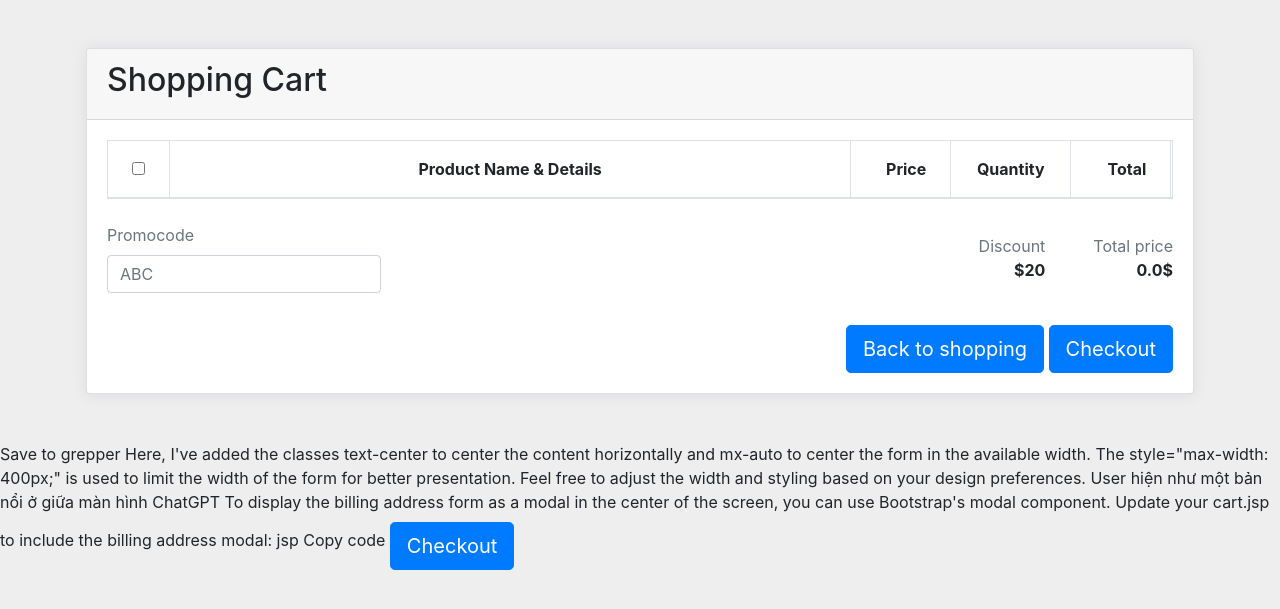
Repository: Szers222/MyProject
Page: http://localhost/MyProject/cart.jsp
These files come from the project's save history. The page is drawn as it stood at one moment and after the next save; the edit follows.
The browser window is 1280 px wide. The pictures show the whole page.
Some web libraries are served in a nearby version. The page is served by Tomcat 10. Other server files are loaded and not shown. The template is opened directly, without the code that normally fills it, so the values that code supplies are empty.

Above is the page before, as saved 2023-12-13 11:09:33.

### MyProject/src/main/webapp/cart.jsp
<%@page import="java.util.ArrayList"%>
<%@page import="core.Watch"%>
<%@ page language="java" contentType="text/html; charset=UTF-8"
	pageEncoding="UTF-8"%>
<%@taglib prefix="c" uri="http://java.sun.com/jsp/jstl/core"%>
<!DOCTYPE html>
<html>
<head>
<title>Shopping Cart</title>
<meta charset="utf-8">
<meta name="viewport" content="width=device-width, initial-scale=1">
<link rel="stylesheet"
	href="https://maxcdn.bootstrapcdn.com/bootstrap/4.0.0/css/bootstrap.min.css">
<link href="https://fonts.googleapis.com/css?family=Montserrat"
	rel="stylesheet">

<style type="text/css">
.shopping-cart {
	padding-bottom: 50px;
	font-family: 'Montserrat', sans-serif;
}

.shopping-cart.dark {
	background-color: #f6f6f6;
}

.shopping-cart .content {
	box-shadow: 0px 2px 10px rgba(0, 0, 0, 0.075);
	background-color: white;
}

.shopping-cart .block-heading {
	padding-top: 50px;
	margin-bottom: 40px;
	text-align: center;
}

.shopping-cart .block-heading p {
	text-align: center;
	max-width: 420px;
	margin: auto;
	opacity: 0.7;
}

.shopping-cart .dark .block-heading p {
	opacity: 0.8;
}

.shopping-cart .block-heading h1, .shopping-cart .block-heading h2,
	.shopping-cart .block-heading h3 {
	margin-bottom: 1.2rem;
	color: #3b99e0;
}

.shopping-cart .items {
	margin: auto;
}

.shopping-cart .items .product {
	margin-bottom: 20px;
	padding-top: 20px;
	padding-bottom: 20px;
}

.shopping-cart .items .product .info {
	padding-top: 0px;
	text-align: center;
}

.shopping-cart .items .product .info .product-name {
	font-weight: 600;
}

.shopping-cart .items .product .info .product-name .product-info {
	font-size: 14px;
	margin-top: 15px;
}

.shopping-cart .items .product .info .product-name .product-info .value
	{
	font-weight: 400;
}

.shopping-cart .items .product .info .quantity .quantity-input {
	margin: auto;
	width: 80px;
}

.shopping-cart .items .product .info .price {
	margin-top: 15px;
	font-weight: bold;
	font-size: 22px;
}

.shopping-cart .summary {
	border-top: 2px solid #5ea4f3;
	background-color: #f7fbff;
	height: 100%;
	padding: 30px;
}

.shopping-cart .summary h3 {
	text-align: center;
	font-size: 1.3em;
	font-weight: 600;
	padding-top: 20px;
	padding-bottom: 20px;
}

.shopping-cart .summary .summary-item:not(:last-of-type) {
	padding-bottom: 10px;
	padding-top: 10px;
	border-bottom: 1px solid rgba(0, 0, 0, 0.1);
}

.shopping-cart .summary .text {
	font-size: 1em;
	font-weight: 600;
}

.shopping-cart .summary .price {
	font-size: 1em;
	float: right;
}

.shopping-cart .summary button {
	margin-top: 20px;
}

@media ( min-width : 768px) {
	.shopping-cart .items .product .info {
		padding-top: 25px;
		text-align: left;
	}
	.shopping-cart .items .product .info .price {
		font-weight: bold;
		font-size: 22px;
		top: 17px;
	}
	.shopping-cart .items .product .info .quantity {
		text-align: center;
	}
	.shopping-cart .items .product .info .quantity .quantity-input {
		padding: 4px 10px;
		text-align: center;
	}
}
</style>
<style type="text/css">
body {
	margin-top: 20px;
	background: #eee;
}

.ui-w-40 {
	width: 40px !important;
	height: auto;
}

.card {
	box-shadow: 0 1px 15px 1px rgba(52, 40, 104, .08);
}

.ui-product-color {
	display: inline-block;
	overflow: hidden;
	margin: .144em;
	width: .875rem;
	height: .875rem;
	border-radius: 10rem;
	-webkit-box-shadow: 0 0 0 1px rgba(0, 0, 0, 0.15) inset;
	box-shadow: 0 0 0 1px rgba(0, 0, 0, 0.15) inset;
	vertical-align: middle;
}
</style>
</head>

<body>

	<div class="container px-3 my-5 clearfix">
		<!-- Shopping cart table -->
		<div class="card">
			<div class="card-header">
				<h2>Shopping Cart</h2>
			</div>
			<div class="card-body">
				<div class="table-responsive">
					<table class="table table-bordered m-0">
						<thead>
							<tr>
								<!-- Add a new column for the checkbox -->
								<th class="text-center py-3 px-4" style="width: 40px;"><input
									type="checkbox" id="selectAll" onclick="selectAllItems()">
								</th>
								<th class="text-center py-3 px-4" style="min-width: 400px;">Product
									Name &amp; Details</th>
								<th class="text-right py-3 px-4" style="width: 100px;">Price</th>
								<th class="text-center py-3 px-4" style="width: 120px;">Quantity</th>
								<th class="text-right py-3 px-4" style="width: 100px;">Total</th>
								<th class="text-center align-middle py-3 px-0"><a href="#"
									class="shop-tooltip float-none text-light" title=""
									data-original-title="Clear cart"> <i
										class="ino ion-md-trash"></i>
								</a></th>
							</tr>
						</thead>
						<tbody>
							<!-- Sử dụng forEach để lặp qua danh sách sản phẩm từ Servlet -->
							<% ArrayList<Watch> watchList = (ArrayList<Watch>) session.getAttribute("watchList"); %>
							<% Double gettotalAll = (Double) session.getAttribute("getTotalAll");
        double totalAll = (gettotalAll != null) ? gettotalAll : 0;
    %>

							<c:forEach items="${watchList}" var="item">
								<tr>
									<!-- Add a checkbox for each item -->
									<td class="text-center py-3 px-4"><input type="checkbox"
										name="selectedItems" value="${item.watchId}"></td>
									<td class="p-4">
										<div class="media align-items-center">
											<img src="images/${item.watchImage}"
												class="d-block ui-w-40 ui-bordered mr-4" alt="">
											<div class="media-body">
												<a href="#" class="d-block text-dark">${item.watchName}</a>
												<small> <span class="text-muted">Color:</span> <span
													class="ui-product-color ui-product-color-sm align-text-bottom"
													style="background:;"></span> &nbsp; <span
													class="text-muted">Size: </span> &nbsp; <span
													class="text-muted">Ships from: </span>
												</small>
											</div>
										</div>
									</td>
									<td class="text-right font-weight-semibold align-middle p-4">${item.watchPrice}
									</td>
									<td class="align-middle p-4"><input type="number"
										class="form-control text-center" value="${item.getQuantity()}"
										onchange="updateQuantity(${item.watchId}, this.value)">
									</td>
									<td class="text-right font-weight-semibold align-middle p-4"
										id="totalValue">${item.getTotal()}</td>
									<td class="text-center align-middle px-0"><a
										href="CartServlet?action=remove&id=${item.watchId}&total=<%= totalAll %>"
										class="shop-tooltip close float-none text-danger" title=""
										data-original-title="Remove">×</a></td>
								</tr>
							</c:forEach>
						</tbody>
					</table>
				</div>
				<!-- / Shopping cart table -->

				<div
					class="d-flex flex-wrap justify-content-between align-items-center pb-4">
					<div class="mt-4">
						<label class="text-muted font-weight-normal">Promocode</label> <input
							type="text" placeholder="ABC" class="form-control">
					</div>
					<div class="d-flex">
						<div class="text-right mt-4 mr-5">
							<label class="text-muted font-weight-normal m-0">Discount</label>
							<div class="text-large">
								<strong>$20</strong>
							</div>
						</div>
						<div class="text-right mt-4">
							<label class="text-muted font-weight-normal m-0">Total
								price</label>
							<div class="text-large" id="totalPrice">
								<strong><%= totalAll %>$</strong>
							</div>
						</div>
					</div>
				</div>

				<div class="float-right">
					<a href="index.jsp" class="btn btn-lg btn-primary mt-2">Back to
						shopping</a>
					<button class="btn btn-lg btn-primary mt-2"
						onclick="showBillingAddress()">Checkout</button>
				</div>

			</div>
		</div>
	</div>
	<!-- Add the billing address section -->
<div id="billingAddress" style="display: none;" class="text-center">
    <h4>Billing Address</h4>
    <form action="CheckoutServlet" method="post" class="mx-auto" style="max-width: 400px;">
        <!-- Add billing address form fields here -->
        <div class="form-group">
            <label for="firstName">First Name:</label>
            <input type="text" class="form-control" id="firstName" name="firstName" required>
        </div>
        <div class="form-group">
            <label for="lastName">Last Name:</label>
            <input type="text" class="form-control" id="lastName" name="lastName" required>
        </div>
        <div class="form-group">
            <label for="address">Address:</label>
            <input type="text" class="form-control" id="address" name="address" required>
        </div>
        <!-- Add other billing address fields as needed -->

        <!-- Submit button for billing address form -->
        <button type="submit" class="btn btn-primary">Confirm Billing Address</button>
    </form>
</div>
Save to grepper
Here, I've added the classes text-center to center the content horizontally and mx-auto to center the form in the available width. The style="max-width: 400px;" is used to limit the width of the form for better presentation.

Feel free to adjust the width and styling based on your design preferences.




User
hiện như một bản nổi ở giữa màn hình
ChatGPT
To display the billing address form as a modal in the center of the screen, you can use Bootstrap's modal component. Update your cart.jsp to include the billing address modal:

jsp
Copy code
<!-- Add the billing address modal -->
<div class="modal" id="billingAddressModal" tabindex="-1" role="dialog">
    <div class="modal-dialog" role="document">
        <div class="modal-content">
            <div class="modal-header">
                <h5 class="modal-title">Billing Address</h5>
                <button type="button" class="close" data-dismiss="modal" aria-label="Close">
                    <span aria-hidden="true">&times;</span>
                </button>
            </div>
            <div class="modal-body">
                <form action="CheckoutServlet" method="post">
                    <!-- Add billing address form fields here -->
                    <div class="form-group">
                        <label for="firstName">First Name:</label>
                        <input type="text" class="form-control" id="firstName" name="firstName" required>
                    </div>
                    <div class="form-group">
                        <label for="lastName">Last Name:</label>
                        <input type="text" class="form-control" id="lastName" name="lastName" required>
                    </div>
                    <div class="form-group">
                        <label for="address">Address:</label>
                        <input type="text" class="form-control" id="address" name="address" required>
                    </div>
                    <!-- Add other billing address fields as needed -->

                    <!-- Submit button for billing address form -->
                    <button type="submit" class="btn btn-primary">Confirm Billing Address</button>
                </form>
            </div>
        </div>
    </div>
</div>

<!-- Add a button to trigger the billing address modal -->
<button type="button" class="btn btn-lg btn-primary mt-2" data-toggle="modal" data-target="#billingAddressModal">
    Checkout
</button>
	<script src="https://code.jquery.com/jquery-3.2.1.min.js"></script>
	<script>
    function showBillingAddress() {
        document.getElementById('billingAddress').style.display = 'block';
    }
</script>

</body>
</html>

After the next save:
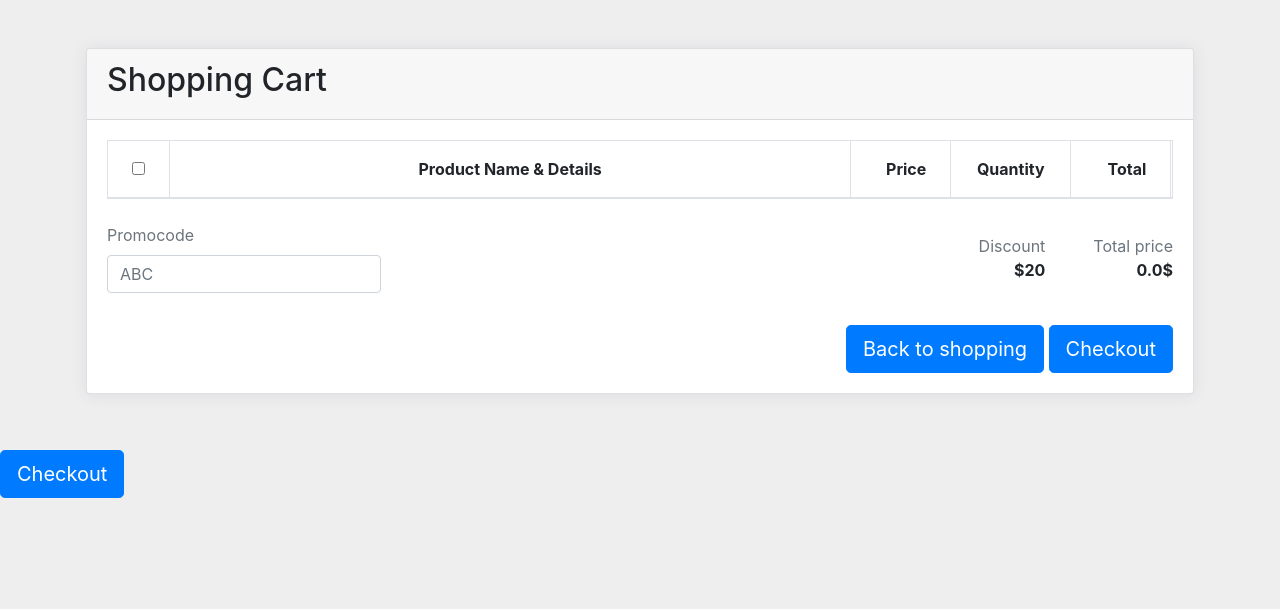
Saved 40 s later.
--- a/MyProject/src/main/webapp/cart.jsp
+++ b/MyProject/src/main/webapp/cart.jsp
@@ -306,21 +306,6 @@ body {
         <button type="submit" class="btn btn-primary">Confirm Billing Address</button>
     </form>
 </div>
-Save to grepper
-Here, I've added the classes text-center to center the content horizontally and mx-auto to center the form in the available width. The style="max-width: 400px;" is used to limit the width of the form for better presentation.
-
-Feel free to adjust the width and styling based on your design preferences.
-
-
-
-
-User
-hiện như một bản nổi ở giữa màn hình
-ChatGPT
-To display the billing address form as a modal in the center of the screen, you can use Bootstrap's modal component. Update your cart.jsp to include the billing address modal:
-
-jsp
-Copy code
 <!-- Add the billing address modal -->
 <div class="modal" id="billingAddressModal" tabindex="-1" role="dialog">
     <div class="modal-dialog" role="document">
